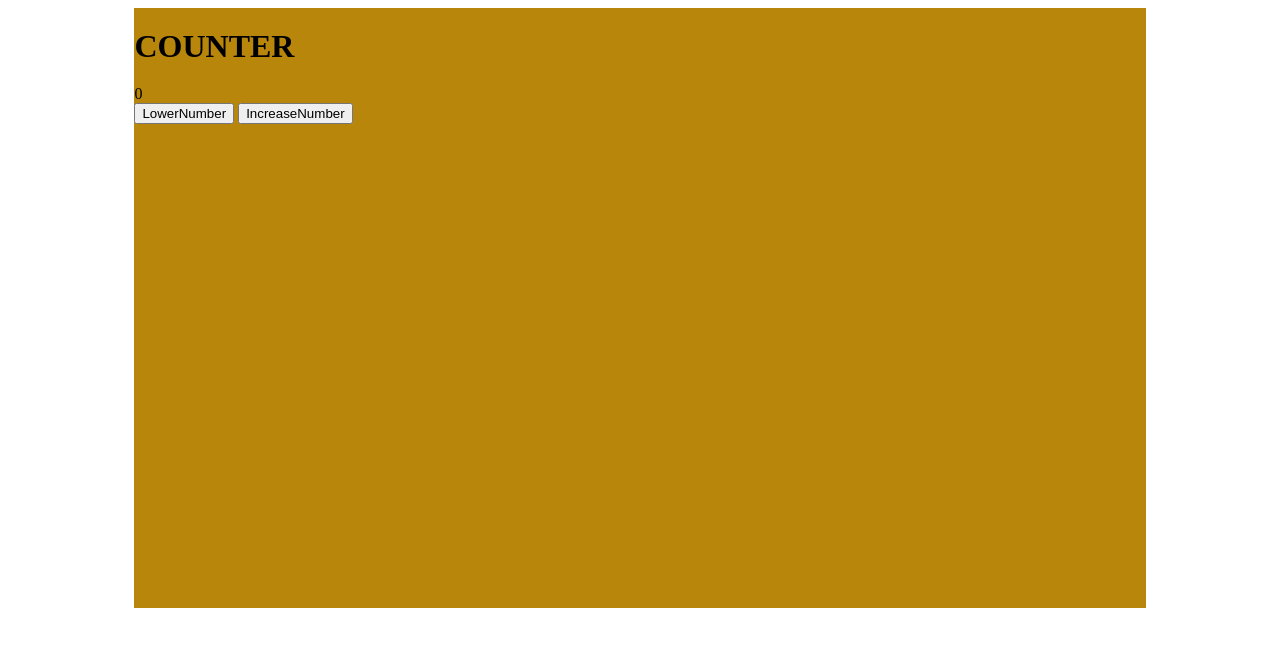
Repository: Sgalstyan06/counterNum
Page: index.html
An editor plug-in stored every save of this project. The page is shown before and after a run of saves, followed by the edit.
The browser window is 1280 px wide. The pictures show the whole page.

Above is the page before, as saved 2022-02-14 16:47:30.

After the next 2 saves:
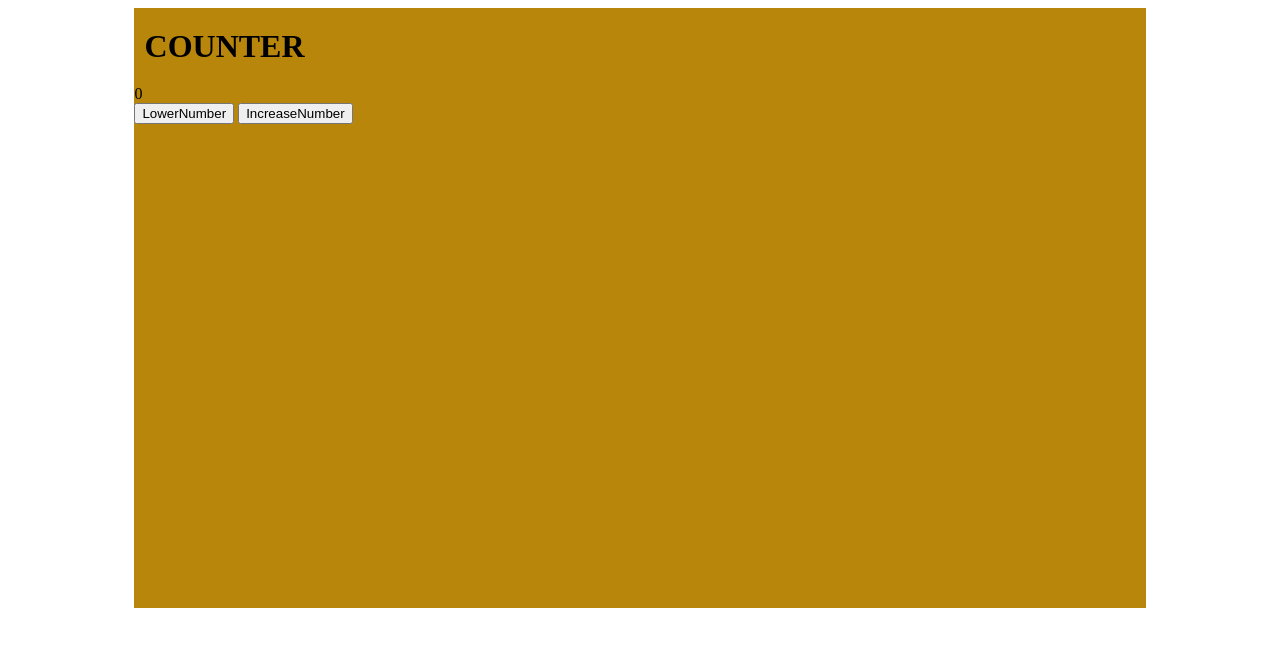
The 2 saves are shown as one change because they came seconds apart.
The last was saved 14 s later.
--- a/style.css
+++ b/style.css
@@ -7,6 +7,6 @@
     flex-direction: column;
 }
 h1{
-    width: 100%;
+    width: 98%;
     margin: 20px auto;
 }
